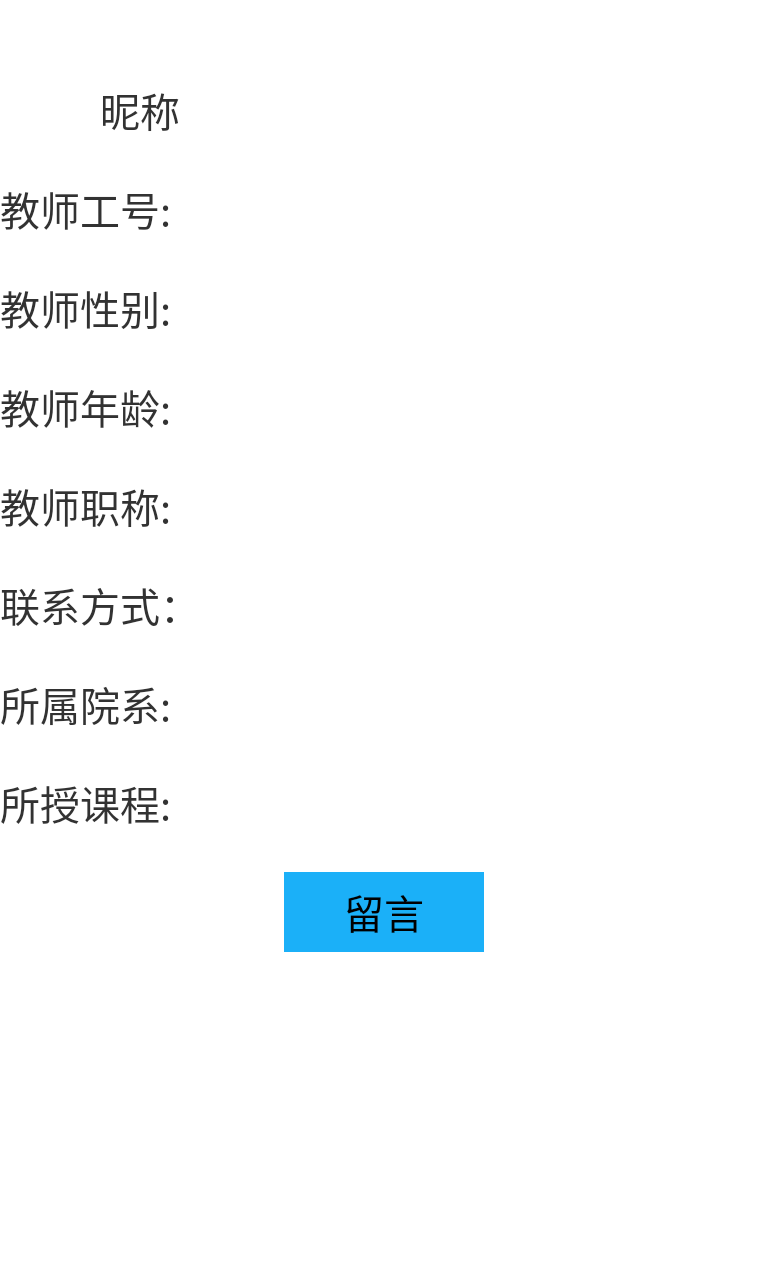
Repository: 15862175370/MyProject
Layout: 毕业设计系统源码_李伟/client/TeachSystem/res/layout/addteacher.xml
An editor plug-in stored every save of this project. The layout is shown before and after the next save, followed by the edit.
It is drawn on a 768 x 1280 px phone screen (xhdpi) without system bars, with theme AppTheme; the app's code is not run.

Above is the layout before, as saved 2016-05-20 08:44:03.

After the next save:
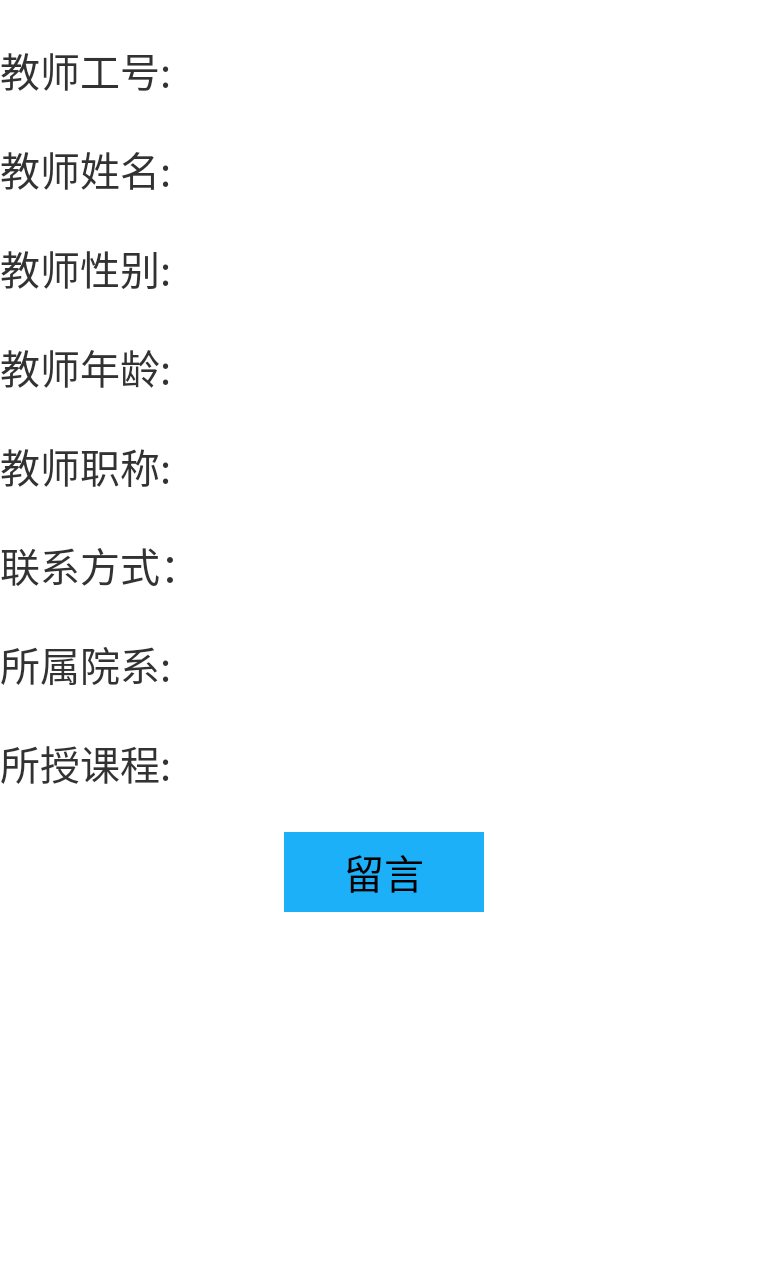
Saved 85 s later.
--- a/毕业设计系统源码_李伟/client/TeachSystem/res/layout/addteacher.xml
+++ b/毕业设计系统源码_李伟/client/TeachSystem/res/layout/addteacher.xml
@@ -3,19 +3,28 @@
     android:layout_width="match_parent"
     android:layout_height="match_parent"
     android:orientation="vertical" >
-     <LinearLayout
-        android:layout_width="match_parent"
-        android:layout_height="wrap_content"
-        android:layout_marginTop="10dp"
-        android:orientation="horizontal" >
-        <TextView
-            android:id="@+id/myteacher_tname"
-            android:layout_width="wrap_content"
-            android:layout_height="wrap_content"
-            android:layout_marginLeft="50dp"
-            android:layout_marginTop="30dp"
-            android:text="昵称"
-            android:textSize="20dp" />
+    <LinearLayout
+     android:id="@+id/cno_linearlayout"
+      android:layout_width="match_parent"
+        android:layout_height="wrap_content"
+        android:orientation="horizontal"
+        android:layout_marginTop="20dp"
+        >
+        <TextView
+         android:id="@+id/teacher_tn"
+         android:layout_width="wrap_content"
+         android:layout_height="wrap_content"
+         android:textSize="20dp"
+         android:text="教师工号:"/>
+        <TextView
+            android:layout_marginLeft="10dp"
+            android:id="@+id/myteacher_tno"
+         android:layout_width="match_parent"
+         android:layout_height="wrap_content"
+          android:textSize="20dp"
+
+            />
+
     </LinearLayout>
  <LinearLayout
      android:id="@+id/cno_linearlayout"
@@ -29,7 +38,7 @@
          android:layout_width="wrap_content"
          android:layout_height="wrap_content"
          android:textSize="20dp"
-         android:text="教师工号:"/>
+         android:text="教师姓名:"/>
         <TextView
             android:layout_marginLeft="10dp"
             android:id="@+id/myteacher_tno"
